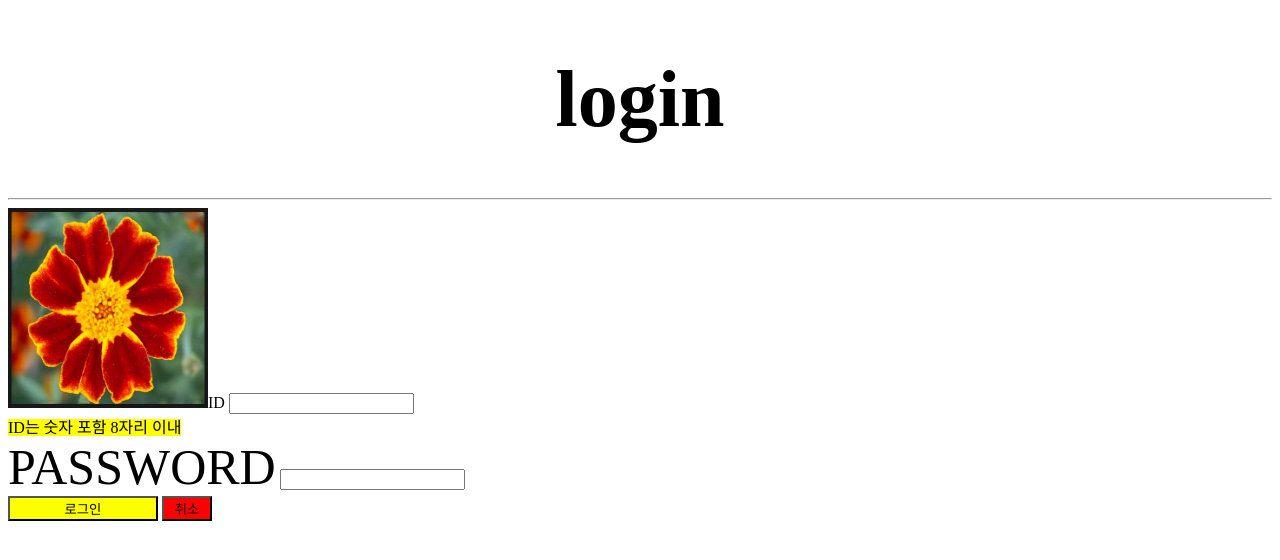
Repository: jeonghyunseok/GMSUI
Page: GMSUI/WebContent/member/login.html
The author's editor kept a copy of each file at every save. The page is drawn from the files as they stood at one save, then again after the next save.
The browser window is 1280 px wide. The pictures show the whole page.

Above is the page before, as saved 2017-07-19 08:17:29.

After the next save:
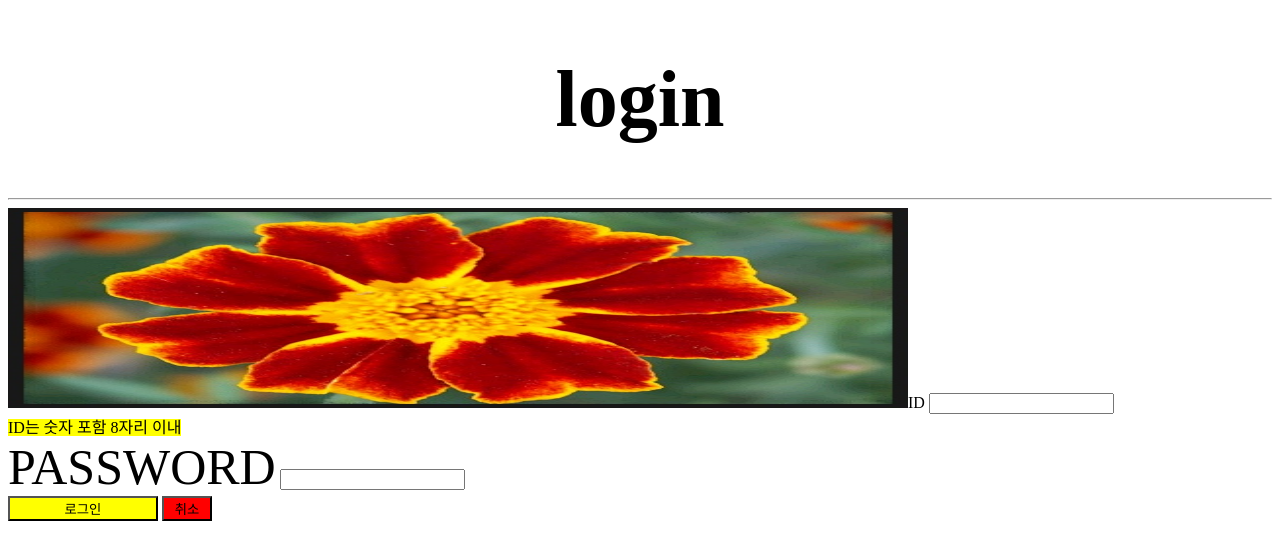
Saved 36 s later.
--- a/GMSUI/WebContent/member/login.html
+++ b/GMSUI/WebContent/member/login.html
@@ -23,7 +23,7 @@
 <!-- 로그인 화면 -->
 	<h1 style="font-size:80px;" class="text-center">login</h1>
 	<hr />
-	<img src="../img/꽃.jpg" style="width: 200px;height: 200px" class="margine-0auto" alt=" /><br />
+	<img src="../img/꽃.jpg" style="width: 900px;height: 200px" alt=" /><br />
 	<span style="font-size:50px;width:265px;" class="display-inline color-blue">ID</span>
 	<input type="text" /><br />
 	<mark>ID는 숫자 포함 8자리 이내</mark><br />

After the save that followed:
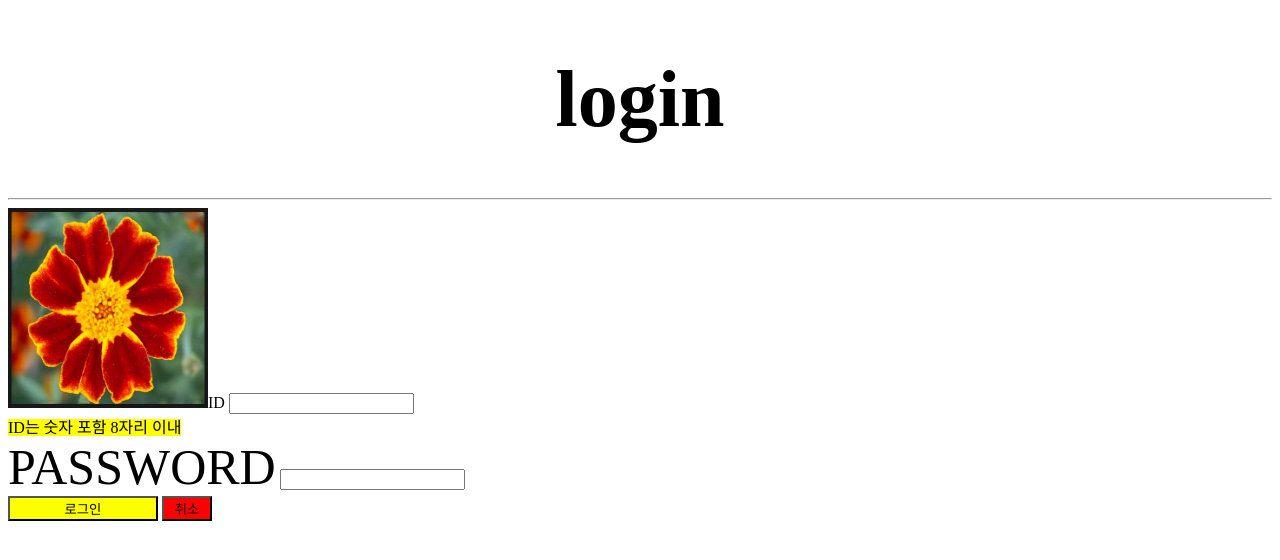
Saved 22 s later.
--- a/GMSUI/WebContent/member/login.html
+++ b/GMSUI/WebContent/member/login.html
@@ -23,8 +23,8 @@
 <!-- 로그인 화면 -->
 	<h1 style="font-size:80px;" class="text-center">login</h1>
 	<hr />
-	<img src="../img/꽃.jpg" style="width: 900px;height: 200px" alt=" /><br />
-	<span style="font-size:50px;width:265px;" class="display-inline color-blue">ID</span>
+	<img src="../img/꽃.jpg" style="width: 200px;height: 200px" alt=" /><br />
+	<span style="font-size:50px;width:900px;" class="display-inline color-blue">ID</span>
 	<input type="text" /><br />
 	<mark>ID는 숫자 포함 8자리 이내</mark><br />
 	<span style=";font-size:50px;"for="">PASSWORD</span>
